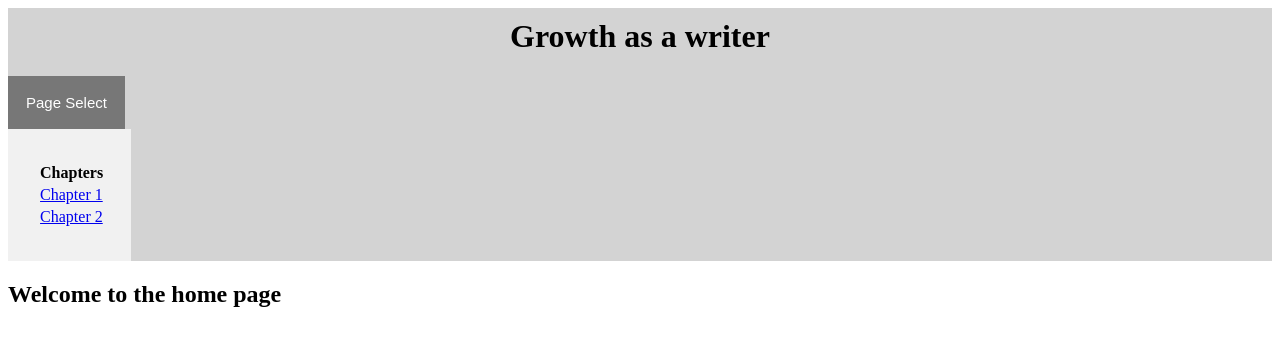
Repository: jpaisiem/WP-4
Page: index.html
An editor plug-in stored every save of this project. The page is shown before and after the next save, followed by the edit.
The browser window is 1280 px wide. The pictures show the whole page.

Above is the page before, as saved 2025-04-29 12:27:13.

### index.html
<!DOCTYPE html>
<html>
<head>
<meta name="viewport" content="width=device-width, initial-scale=1">
<style>
.collapsible {
  background-color: #777;
  color: white;
  cursor: pointer;
  padding: 18px;
  width: fit-content;
  border: none;
  text-align: left;
  outline: none;
  font-size: 15px;
}

.active, .collapsible:hover {
  background-color: #555;
}

.content {
  display: flex;
  flex-direction: column;
  overflow: hidden;
  background-color: #f1f1f1;
  width: fit-content;
  height: fit-content;
  padding-left: 2.3%;
  padding-right: 2%;
}
</style>
</head>
<body>
    <div style="background-color: lightgray; display: flex; flex-direction: column; margin-top: 0%;">
        <h1 style="text-align: center; background-color: lightgray; padding-top: 10px; margin-top: 0%;">Growth as a writer</h1>
<button type="button" class="collapsible">Page Select</button>
<div class="content">
  <p><table>
    <tr>
        <th>Chapters</th>
    </tr>
    <tr>
        <td><a href="#">Chapter 1</a></td>
    </tr>
     <tr>
        <td><a href="#">Chapter 2</a></td>
    </tr>
  </table></p>
</div>
    </div>
<div>
     <h2 style=>Welcome to the home page</h2>
</div>
<script>
var coll = document.getElementsByClassName("collapsible");
var i;

for (i = 0; i < coll.length; i++) {
  coll[i].addEventListener("click", function() {
    this.classList.toggle("active");
    var content = this.nextElementSibling;
    if (content.style.display === "block") {
      content.style.display = "none";
    } else {
      content.style.display = "block";
    }
  });
}
</script>

</body>
</html>

After the next save:
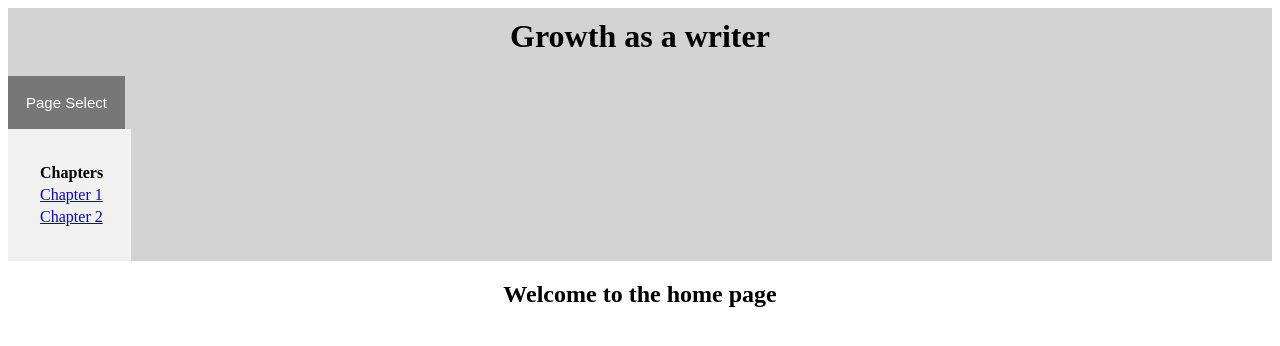
Saved 4 s later.
--- a/index.html
+++ b/index.html
@@ -50,7 +50,7 @@
 </div>
     </div>
 <div>
-     <h2 style=>Welcome to the home page</h2>
+     <h2 style="text-align: center;">Welcome to the home page</h2>
 </div>
 <script>
 var coll = document.getElementsByClassName("collapsible");
